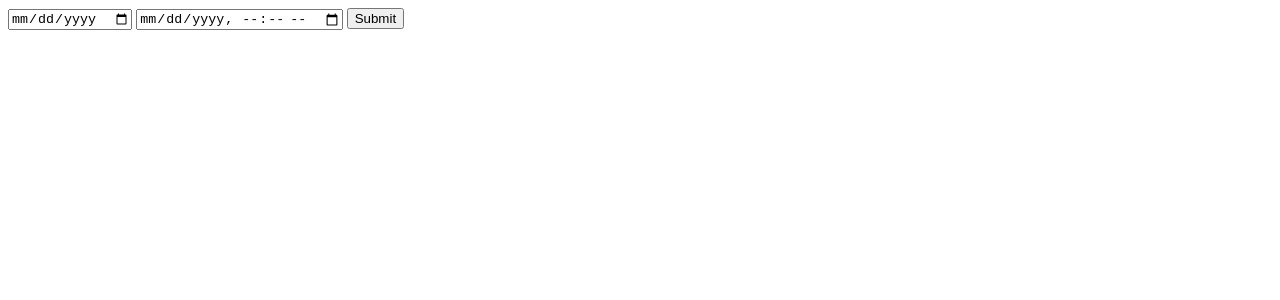
Repository: JeongminHW/Web_study
Page: HTML/myHTML/src/main/webapp/ch04/datetime.html
An editor plug-in stored every save of this project. The page is shown before and after the next save, followed by the edit.
The browser window is 1280 px wide. The pictures show the whole page.

Above is the page before, as saved 2024-07-09 07:25:11.

After the next save:
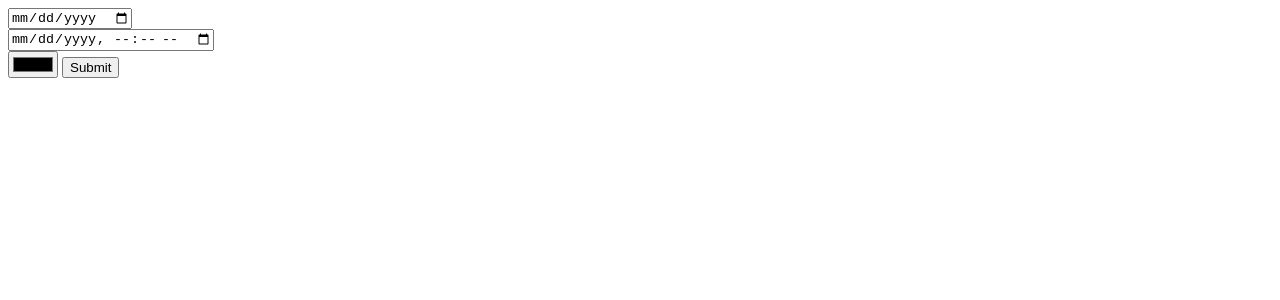
Saved 107 s later.
--- a/HTML/myHTML/src/main/webapp/ch04/datetime.html
+++ b/HTML/myHTML/src/main/webapp/ch04/datetime.html
@@ -6,8 +6,9 @@
 </head>
 <body>
 	<form action="">
-		<input type="date" name="birthday">
-		<input type="datetime-local" name="datetime">
+		<input type="date" name="birthday"><br>
+		<input type="datetime-local" name="datetime"><br>
+		<input type="color" name="color">
 		<input type="submit">
 	</form>
 </body>
